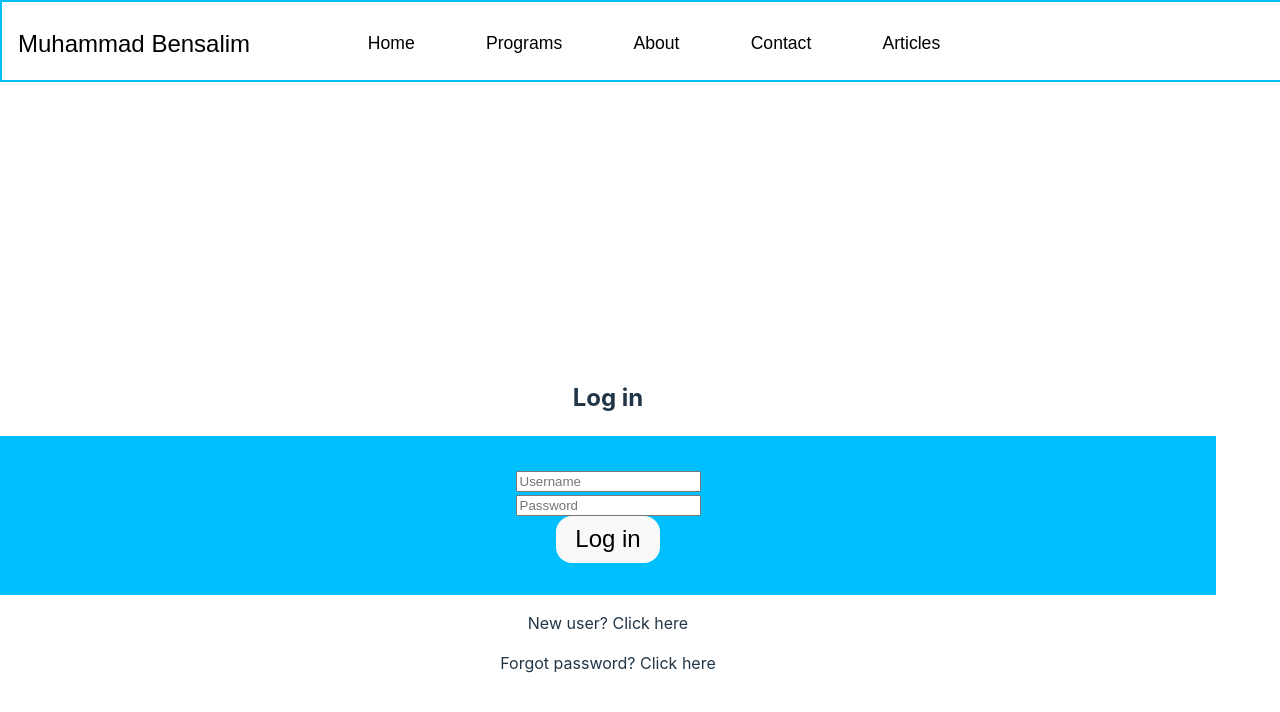
Repository: TMuse333/fitness_templates
Page: /progress
The author's editor kept a copy of each file at every save. The page is drawn from the files as they stood at one save, then again after a run of saves.
The browser window is 1280 px wide. The pictures show the whole page.
The project was rebuilt for these pictures with package versions that can differ from the ones it lists, and the page was loaded fresh each time. Also part of the build but not shown: vite.config.js, src/components/herobanner/herobanner.css, src/components/herobanner/herobanner.jsx, src/components/about/about.css, src/components/about/about.jsx, src/components/serviceOffering/serviceOffering.css, src/components/serviceOffering/serviceOffering.jsx, src/data/data.js and 33 more. Imported but missing from the stored project, and not drawn on this page: src/media/best_dunk.mp4.

Above is the page before, as saved 2024-03-09 19:30:32.

### src/main.jsx
import './index.css'
import * as React from 'react';
import { StrictMode } from 'react';
import { createRoot } from 'react-dom/client';
import { BrowserRouter } from 'react-router-dom';

import App from './App';

const rootElement = document.getElementById('root');
const root = createRoot(rootElement);

root.render(
  <StrictMode>
    <BrowserRouter>
      <App />
    </BrowserRouter>
  </StrictMode>
);

### src/index.css
:root {
  font-family: Inter, system-ui, Avenir, Helvetica, Arial, sans-serif;
  line-height: 1.5;
  font-weight: 400;

  color-scheme: light dark;
  color: rgba(255, 255, 255, 0.87);
  background-color: #242424;

  font-synthesis: none;
  text-rendering: optimizeLegibility;
  -webkit-font-smoothing: antialiased;
  -moz-osx-font-smoothing: grayscale;
}

a {
  font-weight: 500;

  text-decoration: inherit;
}
a:hover {

}

body {
  margin: 0;
  display: flex;
  place-items: center;
  min-width: 320px;
  min-height: 100vh;
}

h1 {
  font-size: 3.2em;
  line-height: 1.1;
}

button {
/* border: none;
  padding: 0.6em 1.2em;
  font-size: 1em;
  font-weight: 500;
  font-family: inherit;

  cursor: pointer;
  transition: border-color 0.25s;
  transition: all 0.3s ease-in; */
  background-color: #00bfff;

  font-size: 1.5rem;
  border-radius: 1rem;
  padding: 0.6rem 1.2rem;
  font-weight: 500;
  border: none;
  margin: 0 auto;
}
button:hover {
  /* transform: scale(1.3); */

}
button:focus,
button:focus-visible {
  outline: 4px auto -webkit-focus-ring-color;
}

@media (prefers-color-scheme: light) {
  :root {
    color: #213547;
    background-color: #ffffff;
  }
  a:hover {
    color: #747bff;
  }
  button {
    background-color: #f9f9f9;
  }
}

### src/App.jsx
import { useState } from 'react'

import './App.css'
import Homepage from '../pages/homepage'
import Program from '../pages/program';
import { BrowserRouter as Router, Route, Routes } from 'react-router-dom';
import Contact from '../pages/contact';
import About from '../pages/about';
import Articles from '../pages/articles';
import Progress from '../pages/progress';


function App() {
  const [count, setCount] = useState(0)

  return (
    <>
    <Routes>
      <Route path='/'
        element={<Homepage/>}
        />
        <Route path='programs'
        element={<Program/>}
        />
        <Route path='contact'
        element={<Contact/>}
        />
        <Route path='about'
        element={<About/>}
        />
        <Route path='articles'
        element={<Articles/>}
        />
        <Route path='progress'
        element={<Progress/>}
        />
    </Routes>

    </>
  )
}

export default App

### src/App.css
#root {
  max-width: 1280px;
  margin: 0 auto;
  padding: 2rem;
  text-align: center;
}

.logo {
  height: 6em;
  padding: 1.5em;
  will-change: filter;
  transition: filter 300ms;
}
.logo:hover {
  filter: drop-shadow(0 0 2em #646cffaa);
}
.logo.react:hover {
  filter: drop-shadow(0 0 2em #61dafbaa);
}

.homepage{
  position: absolute;
  left:0;
  top:0;
  overflow-x: hidden;
  background: radial-gradient(circle at center, rgba(1, 181, 241, 0.7), rgba(24, 60, 84, 0.7));
}

.program-container, .personal-container, .articles-container
{
  position: absolute;
  top:0;
  left:0;
  overflow-x: hidden;
}

.progress-container{
  position: absolute;
  left:0;

}

.program-video{
  background-color: red;
}

.questions-list{
  margin-bottom: 3rem;
}



@keyframes logo-spin {
  from {
    transform: rotate(0deg);
  }
  to {
    transform: rotate(360deg);
  }
}

@media (prefers-reduced-motion: no-preference) {
  a:nth-of-type(2) .logo {
    animation: logo-spin infinite 20s linear;
  }
}

.card {
  padding: 2em;
}

.read-the-docs {
  color: #888;
}

### pages/progress.jsx
import React from "react";
import Navbar from "../src/components/navbar/navbar";
import Login from "../src/components/login/Login";



const Progress = () => {

    const links = [
        {
            dest:'/',
            name:'Home'
          },
        {
            dest:'programs',
            name:'Programs'
        },
        {
            dest:'about',
            name:'About'
        },
        {
            dest:'contact',
            name:'Contact'
        },
        {
            dest:'articles',
            name:"Articles"
        },

    ]

    return (<>
<Navbar links={links}
/>
<div className="progress-container">


       <Login/>
       </div>
        </>

    )
}


export default Progress

### src/components/navbar/navbar.jsx
import React, { useState,useEffect } from 'react';
// import { FaArrowLeft, FaArrowRight } from 'react-icons/fa';
import { Link } from 'react-router-dom';
import './navbar.css'

import nobg from '../../media/quantum-striker-pose.png'





const Navbar = ({links,id}) => {
  const [subMenuVisible, setSubMenuVisible] = useState(false);
  const [isMobile, setIsMobile] = useState(true)
  const [hovered, setHovered] = useState(false)
  const [navHovered, setNavHovered] = useState(null)

  const handleMouseEnter = () => {
    setHovered(true)
  }

  const handleMouseLeave = () => {
    setHovered(false)
  }

  const handleNavEnter = (index) => {
    setNavHovered(index);
  };

  const handleNavLeave = () => {
    setNavHovered(null);
  };

  const toggleSubMenu = () => {

    setSubMenuVisible(!subMenuVisible);
  };


  useEffect(() => {
    // Function to update sub-menu visibility when the screen width changes
    const handleResize = () => {
      const screenWidth = window.innerWidth;
      setIsMobile(!(screenWidth >= 865)); // Set subMenuVisible to true if screen width is at least 415 pixels
    };

    // Add a resize event listener to update the sub-menu visibility
    window.addEventListener('resize', handleResize);

    // Initial call to set sub-menu visibility based on current screen width
    handleResize();

    // Clean up the event listener when the component unmounts
    return () => {
      window.removeEventListener('resize', handleResize);
    };
  }, []);

  const style = {
height: isMobile && !subMenuVisible ? '0px' :  isMobile ? '190px' : 'auto',
overflowY:'hidden',
width: isMobile ?'80px':'auto',
backgroundImage: isMobile ? 'linear-gradient(to right, #00bfff, #4db8ff, #64bcff, #00bfff)' : null,
transition: isMobile? 'height 0.3s ease-in,padding 0.3s ease-in' : null,
marginTop: isMobile ? '1rem' : null,
borderRadius:'10px',
paddingTop:subMenuVisible ?'1rem' : '0'



  };

  const navStyle = (index) => {

    return{
      backgroundColor: navHovered === index? '#00bfff' : null,
      padding:'0 0.55rem 0 0.55rem',
      borderRadius:'7px',
      // color:navHovered === index? '#6c5933' : null,
    }
  }

  const logoStyle = {
    transform: hovered || subMenuVisible? 'scale(1.3)' : 'scale(1)',
    width:'50px',
    transition:'all ease-in 0.3s',
    backgroundColor:'transparent',
    marginTop:'-1rem'
  }

  return (

    <div className='navbar-container'
    id={id}>
    <p
          className='big-logo'
          style={logoStyle}
          />
    <div className='navbar-logo'>

   <Link to='/'
   className='home-nav'>


        <p className='navbar-logo'
      >Muhammad Bensalim</p>
       </Link>

      </div>




      <div className='list-container'>
        <button onClick={toggleSubMenu}

        className='mini-logo'

        >



       <img style={logoStyle}
       onMouseEnter={handleMouseEnter}
       onMouseLeave={handleMouseLeave}
       src={nobg}

 />
        </button>
        <ul
        className='nav-list'
        style={style}

         >

          {links.map((link,index) => (
            <Link to={link.dest}
            key={index}
            className='nav-link'>
                <li
                onMouseEnter={()=>handleNavEnter(index)}
                onMouseLeave={()=>handleNavLeave()}
                style={navStyle(index)}>
                  {link.name}
                </li>
            </Link>
          ))}

        </ul>
      </div>




       </div>

  );
};

export default Navbar;

### src/components/login/Login.jsx
import React from "react";
import './login.css'

const Login = () => {
  return (
    <>
      <div className="login-container">
        <h2>Log in</h2>
        <div className="login-box">
          <form>
            <div className="form-group">

              <input type="text" id="username" name="username"
              placeholder="Username"/>
            </div>

            <div className="form-group">

              <input type="password" id="password" name="password"
              placeholder="Password" />
            </div>

            <button type="submit">Log in</button>
          </form>

        </div>
        <p>New user? Click here</p>
        <p>Forgot password? Click here</p>
      </div>
    </>
  );
};

export default Login;

### src/components/navbar/navbar.css
/* Add this to your navbar.css file */

.navbar-container{


    position: fixed;
     width: 100vw;

     top: 0px;
     left:0px;
     background:rgba(255, 255, 255, 0.7) ;

     height: 70px;
     z-index: 30;
  padding-top: 0.5rem;
  border-bottom: 2px solid #333;

    border: 2px solid #00bfff;

   }

   #overview-nav{
    background: radial-gradient(circle at center, rgba(0, 153, 205, 0.7), rgba(48, 115, 160, 0.9));
   }

   .big-logo{
     display: none;
   }

   .list-container {
    color:white;
    transform: translateY(-2.5rem);
    width:min-content;
    margin-left: auto;
    /* background-color: #BE9F5B; */
    margin-right: 2rem;
  /* background: linear-gradient(to right, #6c5933, #be9f5b, #6c5933);; */



   }

   .nav-list{
     /* margin-right: 2rem; */
     width: 50px;
     align-items: center;
     display:flex;
     flex-direction: column;
     margin-right: -1.5rem;
     color:black;
     /* background-color: #BE9F5B;
     background: linear-gradient(to right, #6c5933, #be9f5b, #6c5933); */
   }

   .home-nav{
    text-decoration: none;
   }

   .list-container li{
     list-style-type: none;
     /* transform: translateX(-25%); */
     padding:10px;
     color:black;
     font-weight: 500;
     transform: translateX(-1rem);
     font-family: 'Palatino Sans', 'Palatino Sans Informal', 'Palatino Sans Text', 'Palatino Sans W1G', 'Palatino Sans W01', sans-serif;
    text-decoration: none;
    margin-top: 0.5rem;
    margin-bottom: 1rem;
    /* color:white; */



     /* margin-top: -2rem; */

   }

   .list-container li a {
    text-decoration: none;
    color:white;
   }

   .mini-logo {
     display: flex;
     justify-content: center;
     align-items: center;
     margin-top: -1rem;
     height: 2.5rem;
     width: 2rem; /* Set the width and height to make it a perfect circle */
     padding: 0; /* Remove padding */
     border-radius: 50%; /* Make it circular */
     margin-left: auto;

     /* margin-right: auto; */
     background-color: transparent;
     border-color: transparent;



   }

   .navbar-logo{
     color:black;
     text-align: left;
     margin-left: 0.5rem;
     font-family: 'Abhaya Libre', sans-serif;
     font-size: 1.3rem;
     margin-top: 1.3rem;
     /* background-color: #BE9F5B; */
     /* background-image: url(src/media/SAINEY-MEDIA.png); */

   }

   .nav-button::before,
   .nav-button::after {
     content: '';
     position: absolute;
     background-color: #d15959; /* Set the color of the lines */
     height: 2px; /* Set the height of the lines */
     width: 10%; /* Set the width of the lines */
   }

   .nav-button::before {
     top: 5%;
   }

   .nav-button::after {
     top: 8%;
   }

  .nav-link{
  text-decoration: none;
  color:white;
  }

  @media screen and (min-width:400px){
    .mini-logo{
      margin-right: 1.5rem;
    }
  }



   @media screen and (min-width: 865px)  {
     .nav-list {
       display: flex;
       width:max-content;
       flex-direction: row;
       justify-content: space-between;
       padding:0 5px 0 5px;
       margin-top: -0.8rem;
       height:100%;
       /* transform: translateX(1rem); */
       /* background-color: rgb(38, 37, 79); */
       /* background-color: #d15959; */




       /* background-color: ; */
     }

     /* .navbar-container{
      width:98vw;
     } */

     .list-container{
      width:45vw;
      margin-top: -1.5rem;
     }

     .list-container li{
      font-size: 1.1rem;
      font-weight: 400;
     }



     .nav-button{
       /* display: none; */
     }

     .list-container li{
       transform: translateX(0rem);
       white-space: nowrap;
       padding:0;
     }

     .list-container{

       margin-left: auto;
       margin-right: auto;
     }

     .mini-logo{
       display: none;
     }

     .navbar-logo{
      font-size: 1.5rem;
      margin-top: 1rem;
     }

     .big-logo{
       position: absolute;
       right:2rem;
       display: flex;
       top:1rem;
     }

     /* .navbar-logo{
       display: none;
     } */
   }

### src/components/login/login.css
.login-box{
    background-color: #00bfff;
    padding:2rem;
    width:90vw;
    margin:0 auto;
}

.login-contanier{
    width:100vw;
}

Loaded but not shown: index.html (common file)

After the next 2 saves:
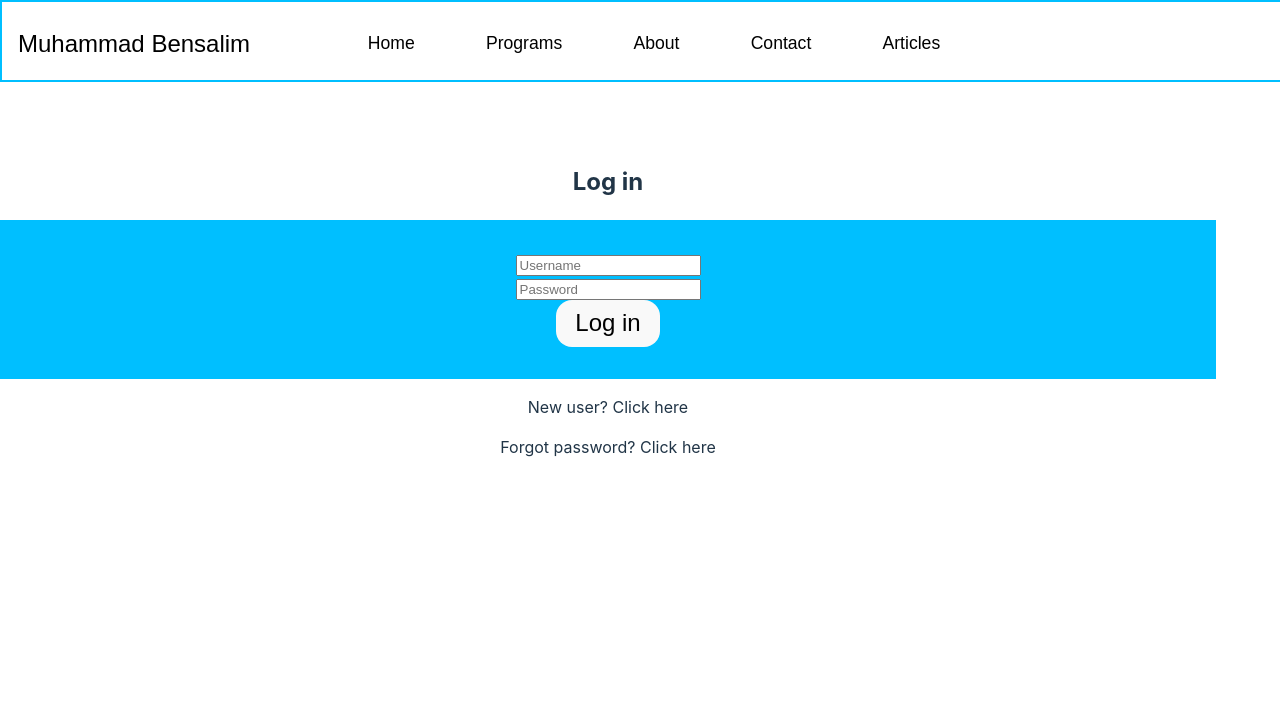
The 2 saves are shown as one change because they came seconds apart.
The last was saved 6 s later.
--- a/src/App.css
+++ b/src/App.css
@@ -37,7 +37,7 @@
 .progress-container{
   position: absolute;
   left:0;
-
+  top:20%;
 }
 
 .program-video{
